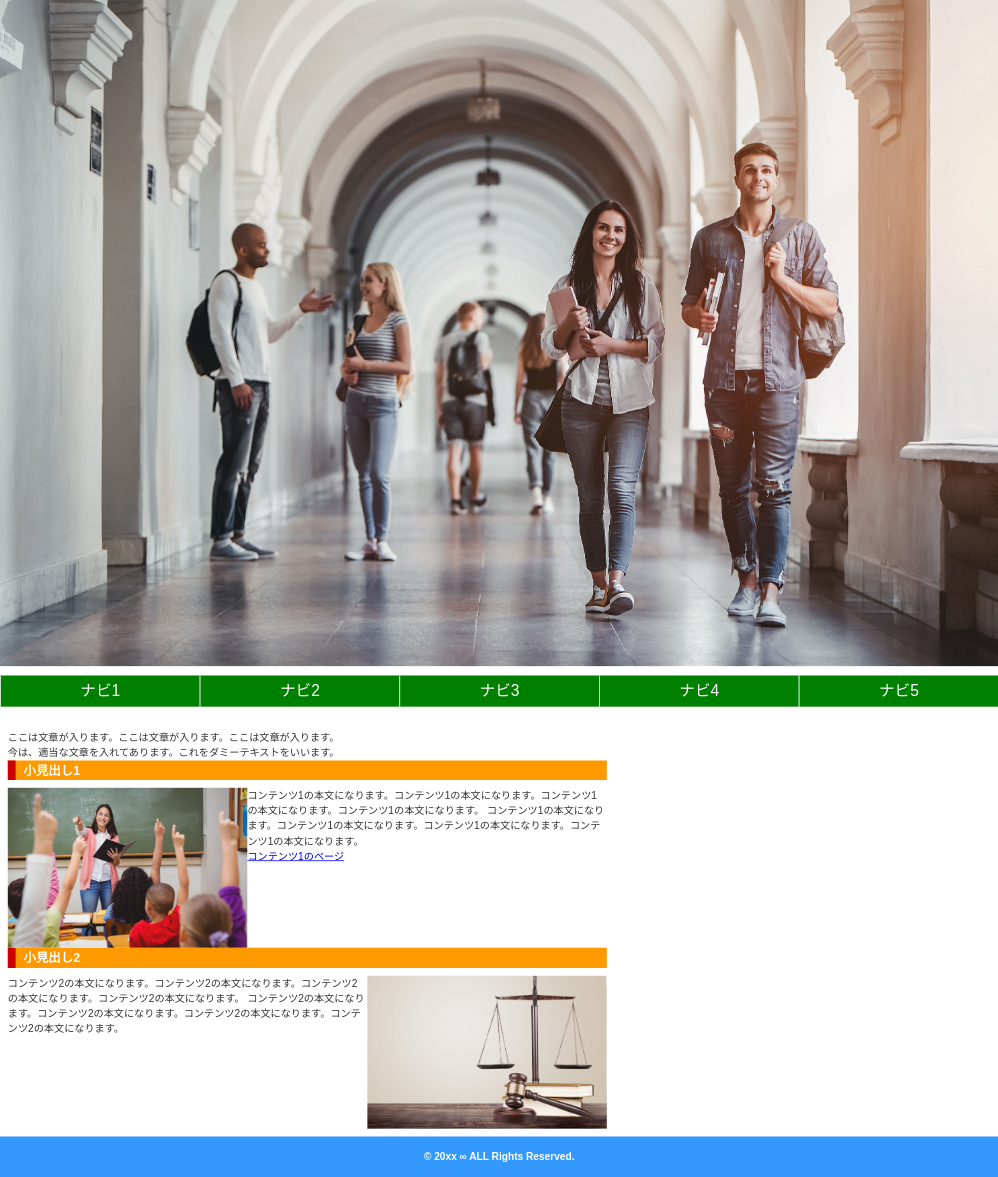
Repository: ryota-ima/samurai_HTML-CSS
Page: home.html
The author's editor kept a record of every edit. The page is drawn from the files as they stood at one moment, then again after the next edit.
The browser window is 1280 px wide. The pictures show the whole page, at 78% of full size.

Above is the page before.

### home.html
<!DOCTYPE html>
<html lang="ja">
    <head>
        <meta charset="UTF-8">
        <title>HTML/CSSの学習</title>
        <link rel="stylesheet" href="stylesheet.css">
    </head>
    <body>
        <div id="header">
            <h1><a href="index.html"><img id="corridor" src="images/corridor.jpg" alt="大学の廊下" /></a></h1>
        </div>
        <div id="wrapper">
            <div id="nav">
                <ul>
                    <li><a href="home.html">ナビ1</a></li>
                    <li><a href="#">ナビ2</a></li>
                    <li><a href="#">ナビ3</a></li>
                    <li><a href="#">ナビ4</a></li>
                    <li><a href="#">ナビ5</a></li>
                </ul>
            </div>
            <div id="container">
                <div id="main">
                    <div class="post">
                        <p>ここは文章が入ります。ここは文章が入ります。ここは文章が入ります。<br>今は、適当な文章を入れてあります。これをダミーテキストをいいます。</p>
                    </div>
                    <div class="post clearfix">
                        <h2>小見出し1</h2>
                        <img class="left" src="images/classroom.jpg" alt="授業風景">
                        <p>
                            コンテンツ1の本文になります。コンテンツ1の本文になります。コンテンツ1の本文になります。コンテンツ1の本文になります。
                            コンテンツ1の本文になります。コンテンツ1の本文になります。コンテンツ1の本文になります。コンテンツ1の本文になります。
                        </p>
                        <p><a href="#">コンテンツ1のページ</a></p>
                    </div>
                    <div class="post clearfix">
                        <h2>小見出し2</h2>
                        <img class="right" src="images/scale.jpg" alt="天秤">
                        <p>
                            コンテンツ2の本文になります。コンテンツ2の本文になります。コンテンツ2の本文になります。コンテンツ2の本文になります。
                            コンテンツ2の本文になります。コンテンツ2の本文になります。コンテンツ2の本文になります。コンテンツ2の本文になります。
                        </p>
                    </div>
                </div>
                <div
            </div>

        </div>
        <div id="footer">
          <p>&copy; 20xx ∞ ALL Rights Reserved.</p>
        </div>


    </body>
</html>

### stylesheet.css
@charset "utf-8";

body {
    margin: 0;
    padding: 0;
    font-family: "ヒラギノ角ゴ Pro W3", "Hiragino Kaku Gothic Pro", "メイリオ", Meiryo, Osaka, "ＭＳ Ｐゴシック", "MS PGothic", sans-serif;
	color: #333;
	font-size: 13px;
	line-height: 150%;
}

/*-------------------wrapper-----------------------*/

#wrapper {
    width: 100%;
    margin: auto;
    padding: 0;
    border: 0;
    background-color: #fff;
    top: 10px;
    position: relative;
}

/*-------------------header------------------------*/

#header {
    width: 100%;
}

#header h1 {
    margin: 0;
    padding: 0;
}

#corridor {
    width: 100%;
    height: auto;
}

/*---------------------footer------------------------*/

#footer {
    clear: both;
    width: 100%;
    padding: 3px 0 3px 0;
    background: #39F;
    color: #FFF;
    font-weight: bold;
    text-align: center;
}

/*-----------------------nav---------------------------*/

#nav {
    width: 100%;
}

#nav ul {
    margin: 0;
    padding: 0;
    list-style-type: none;
}

#nav ul li {
    float: left;
    width: 20%;
    text-align: center;
}

#nav ul li a {
    display: block;
    height: 20px;
    margin: 0;
    padding: 10px;
    color: #FFF;
    font-size: 20px;
    text-decoration: none;
    background-color: green;
    border-left: 1px solid white;
}

#nav ul li a:hover {
    filter: drop-shadow(10px 10px 10px black);
}

/*-------------------container-----------------------*/

#container {
    width: 100%;
    margin: auto;
    padding-top: 20px;
    clear: both;
}

/*------------------------main------------------------------*/

#main {
    float: left;
    width: 60%;
    padding: 10px 30px 10px 10px;
}

#main h2 {
    margin: 0 0 10px 0;
    padding: 3px 10px 3px 10px;
    color: #FFF;
    font-size: 16px;
    border-left: solid 10px #C00;
    background-color: #F90;
}

#main p {
    margin: 0;
    padding: 0;
}

#main post {
    margin: 0 0 30px 0;
}

#main .post img .right {
    margin: 0 0 0 8px;
}

#main .post img .left {
    margin: 0 8px 0 0;
}

.right {
    float: right;
    width: 40%;
    height: auto;
}

.left {
    float: left;
    width: 40%;
    height: auto;
}

/*-------------------------clearfix----------------------------*/


.clearfix {
    zoom: 1;
}

.clearfix:after {
    content: "";
    display: block;
    clear: both;
}


/*-------------------------side---------------------------------*/

#side {
    float: right;
    width: 30%;
    padding: 20px;
    background-color: #F99;
}


#side .box {
    margin: 0 auto 30px auto;
    padding: 0 0 20px 0;
    background: url(images/side_box.png) bottom no-repeat;
}

#side .box h2 {
    margin: 0;
    padding: 8px;
    text-align: center;
    color: #fff;
    font-size: 16px;
    line-height: 16px;
    font-weight: normal;
    background: url(images/side_box_h2.png) center no-repeat;
}

#side .box .boxBody {
    padding: 8px;
    border-right: solid 1px #C36;
    border-bottom: solid 1px #C36;
    border-left: solid 1px #C36;
    background: #fff;
}

#side .box .boxBody ul {
    margin: 0 0 16px 0;
    padding: 0;
}

#side .box .boxBody ul li {
    padding: 8px 0 8px 4px;
    list-style: none;
    border-bottom: solid 1px #C36;
}

#side .box .boxBody ul li:hover {
    padding: 8px 0 8px 4px;
    list-style: none;
    border-bottom: solid 1px #C36;
    box-shadow: 0px 4px 4px rgba(0,0,0,0.3);
}

After the next edit:
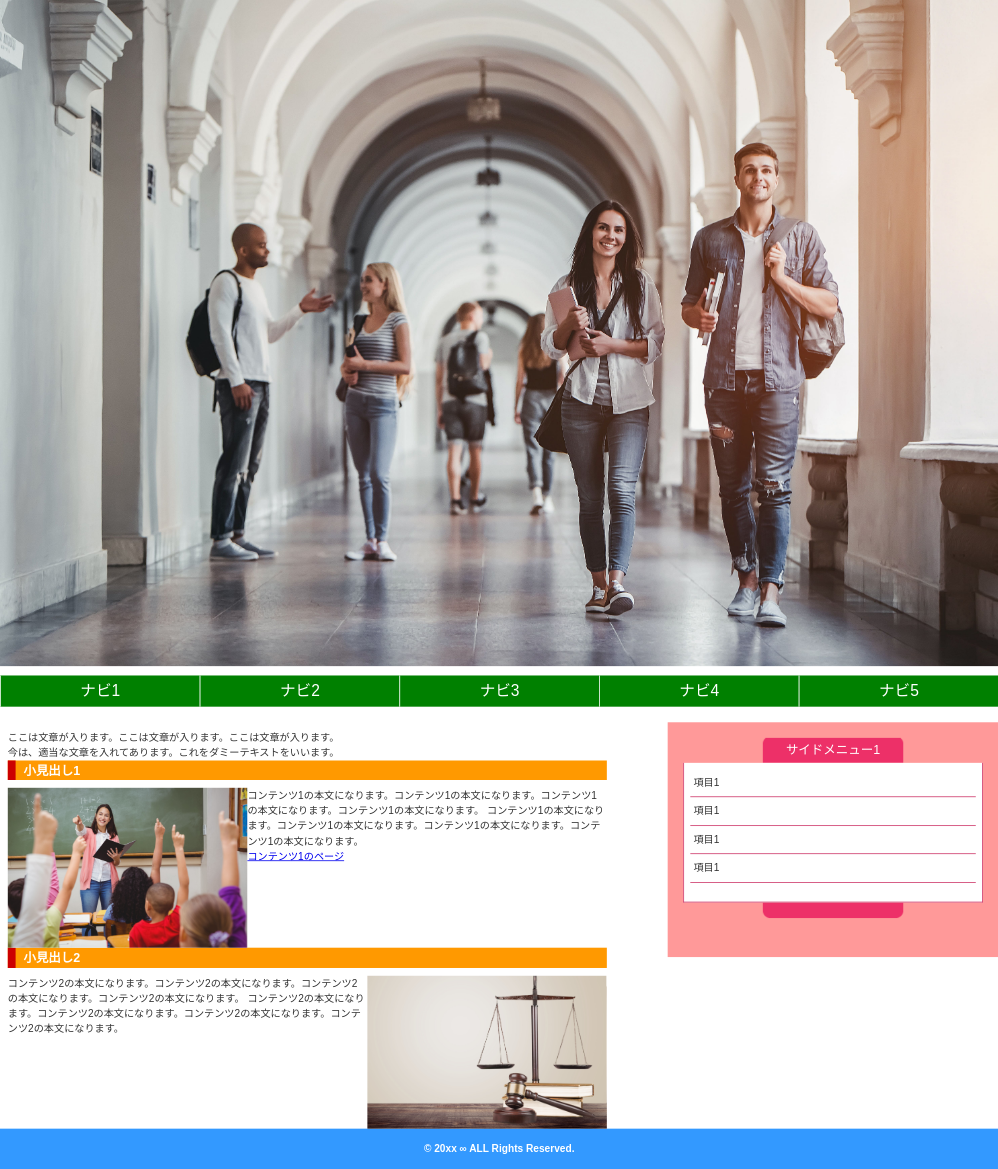
The edit:
--- a/home.html
+++ b/home.html
@@ -42,7 +42,19 @@
                         </p>
                     </div>
                 </div>
-                <div
+                <div id="side">
+                    <div class="box">
+                        <h2>サイドメニュー1</h2>
+                        <div class="boxBody">
+                            <ul>
+                                <li>項目1</li>
+                                <li>項目1</li>
+                                <li>項目1</li>
+                                <li>項目1</li>
+                            </ul>
+                        </div>
+                    </div>
+                </div>
             </div>
 
         </div>
